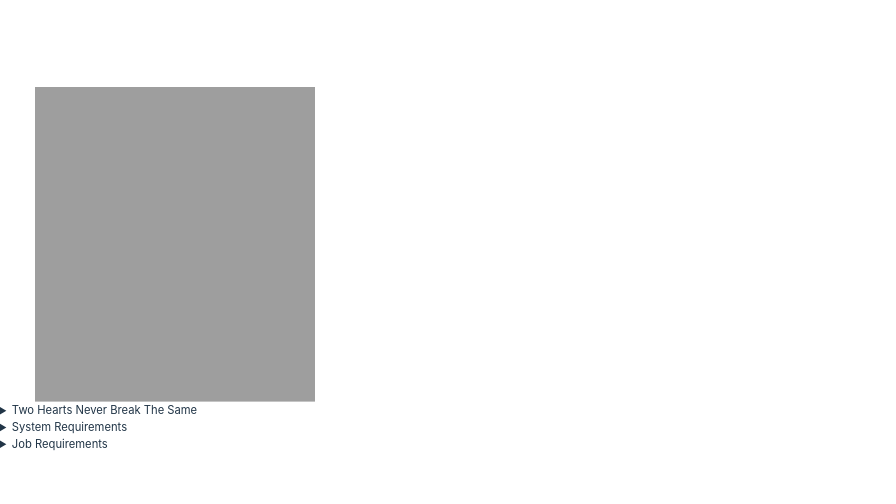
Repository: GavinPahal/my_app
Page: / (app in react/)
The author's editor kept a copy of each file at every save. The page is drawn from the files as they stood at one save, then again after the next save.
The browser window is 1280 px wide. The pictures show the part of the page from y = 0 to 1920 px (the page is 720 px tall before and 5372 px after), at 70% of full size.
Pictures or frames that could not be fetched are drawn as grey boxes. The project was rebuilt for these pictures with package versions that can differ from the ones it lists, and the page was loaded fresh each time. Also part of the build but not shown: react/vite.config.js.

Above is the page before, as saved 2024-09-14 01:42:39.

After the next save:
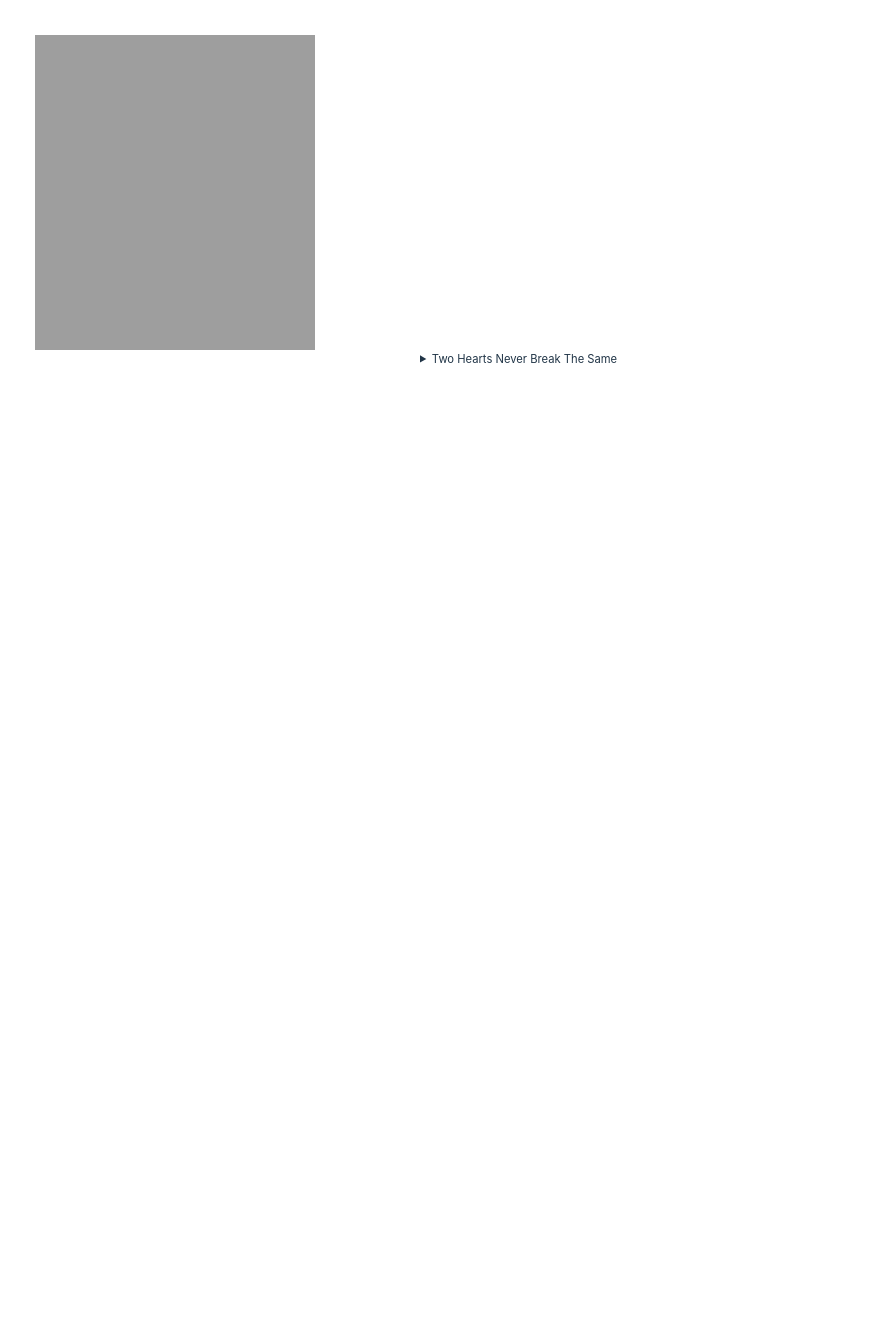
Saved 40 s later.
--- a/react/src/App.jsx
+++ b/react/src/App.jsx
@@ -11,8 +11,7 @@
           <img src={ap} className="image" alt="Vite logo" width={400} height={450}/>
       </div>
 
-   <div></div>
-      <details name="reqs">
+      <details name="reqs" className='album'>
   <summary >Two Hearts Never Break The Same</summary>
   <ol>
     <li>All Night</li>
